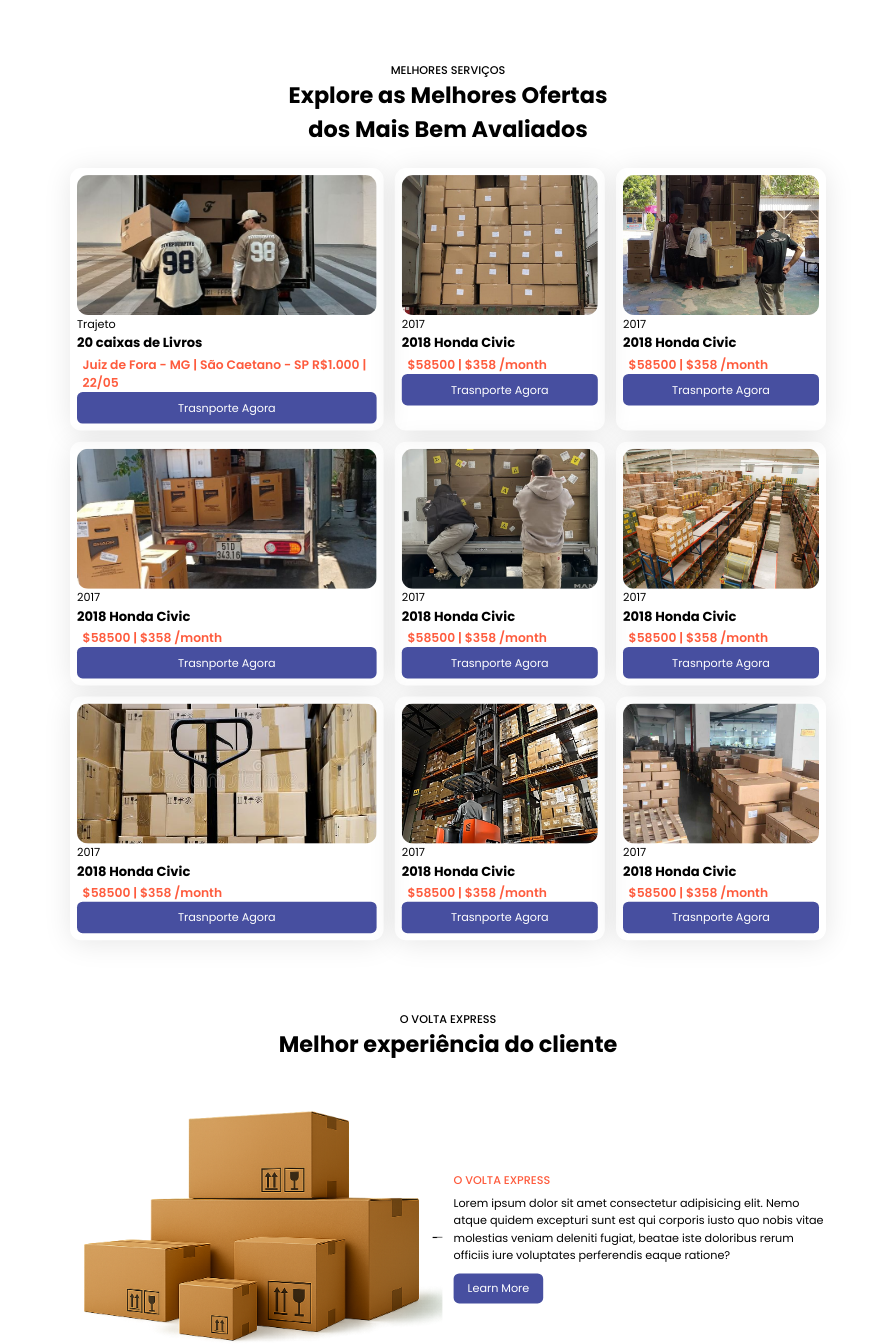
Repository: douglasabnovato/transportation
Page: index.html
These files come from the project's save history. The page is drawn as it stood at one moment and after the next save; the edit follows.
The browser window is 1280 px wide. The pictures show the part of the page from y = 1143 to 3063 px (the page is 3958 px tall before and 3991 px after), at 70% of full size.

Above is the page before, as saved 2025-05-19 01:21:03.

### index.html
<!DOCTYPE html>
<html lang="en">
  <head>
    <meta charset="UTF-8" />
    <meta name="viewport" content="width=device-width, initial-scale=1.0" />
    <title>Transportation</title>
    <link
      rel="stylesheet"
      href="https://cdn.jsdelivr.net/npm/boxicons@latest/css/boxicons.min.css"
    />
    <link rel="stylesheet" href="./style.css" />
  </head>
  <body>
    <!-- Header -->
    <header>
      <a href="#" class="logo"
        ><img
          src="./assets/images-t/transportar-caixas/caixas.png"
          alt="logo da car rental"
          srcset=""
      /></a>
      <div class="bx bx-menu" id="menu-icon"></div>
      <ul class="navbar">
        <li><a href="#home">Home</a></li>
        <li><a href="#ride">Transportar </a></li>
        <li><a href="#services">Serviços</a></li>
        <li><a href="#about">O Volta Express</a></li>
        <li><a href="#reviews">Vantagens</a></li>
      </ul>
      <div class="header-btn">
        <a href="#" class="sign-up">Sign Up</a>
        <a href="#" class="sign-in">Sign In</a>
      </div>
    </header>

    <!-- Home -->
    <section class="home" id="home">
      <div class="text">
        <h1>
          <span>Procurando</span> mercadorias <br />
          para transportar
        </h1>
        <p>
          Lorem ipsum dolor sit amet consectetur adi <br />
          pisicing elit. Explicabo esse non fugiat!
        </p>
        <div class="app-stores">
          <img src="./assets/ios.png" alt="" />
          <img src="./assets/play.png" alt="" />
        </div>
      </div>
      <div class="form-container">
        <form action="">
          <div class="input-box">
            <span>Location</span>
            <input type="search" name="" id="" placeholder="Search Places" />
          </div>
          <div class="input-box">
            <span>Pick-Up Date</span>
            <input type="date" name="" id="" />
          </div>
          <div class="input-box">
            <span>Return Date</span>
            <input type="date" name="" id="" />
          </div>
          <input type="submit" name="" id="" class="btn" />
        </form>
      </div>
    </section>

    <!-- Ride -->
    <section class="ride" id="ride">
      <div class="heading">
        <span>Como funciona</span>
        <h1>Transporte em 3 etapas fáceis</h1>
      </div>
      <div class="ride-container">
        <div class="box">
          <i class="bx bxs-map"></i>
          <h2>Escolha um local</h2>
          <p>
            Lorem ipsum dolor sit, amet consectetur adipisicing elit.
            Perspiciatis, impedit? Saepe quo quam numquam maxime?
          </p>
        </div>
        <div class="box">
          <i class="bx bxs-calendar-check"></i>
          <h2>Data de retirada</h2>
          <p>
            Lorem ipsum dolor sit, amet consectetur adipisicing elit.
            Perspiciatis, impedit? Saepe quo quam numquam maxime?
          </p>
        </div>
        <div class="box">
          <i class="bx bxs-calendar-star"></i>
          <h2>Reserve um espaço</h2>
          <p>
            Lorem ipsum dolor sit, amet consectetur adipisicing elit.
            Perspiciatis, impedit? Saepe quo quam numquam maxime?
          </p>
        </div>
      </div>
    </section>

    <!-- Services -->
    <section class="services" id="services">
      <div class="heading">
        <span>Melhores Serviços</span>
        <h1>
          Explore as Melhores Ofertas <br />
          dos Mais Bem Avaliados
        </h1>
      </div>
      <div class="services-container">
        <div class="box">
          <div class="box-img">
            <img
              src="./assets/images-t/transportar-caixas/caminhao-caixas-1.jpg"
              alt="car1"
            />
          </div>
          <p>Trajeto</p>
          <h3>20 caixas de Livros</h3>
          <h2>
            Juiz de Fora - MG | São Caetano - SP
            <span> R$1.000</span>
            <span> | 22/05</span>
          </h2>
          <a href="#" class="btn">Trasnporte Agora</a>
        </div>

        <div class="box">
          <div class="box-img">
            <img
              src="./assets/images-t/transportar-caixas/caminhao-caixas-2.jpg"
              alt="car1"
            />
          </div>
          <p>2017</p>
          <h3>2018 Honda Civic</h3>
          <h2>$58500 | $358 <span> /month</span></h2>
          <a href="#" class="btn">Trasnporte Agora</a>
        </div>

        <div class="box">
          <div class="box-img">
            <img
              src="./assets/images-t/transportar-caixas/caminhao-caixas-3.jpg"
              alt="car1"
            />
          </div>
          <p>2017</p>
          <h3>2018 Honda Civic</h3>
          <h2>$58500 | $358 <span> /month</span></h2>
          <a href="#" class="btn">Trasnporte Agora</a>
        </div>

        <div class="box">
          <div class="box-img">
            <img
              src="./assets/images-t/transportar-caixas/caminhao-caixas-4.jpg"
              alt="car1"
            />
          </div>
          <p>2017</p>
          <h3>2018 Honda Civic</h3>
          <h2>$58500 | $358 <span> /month</span></h2>
          <a href="#" class="btn">Trasnporte Agora</a>
        </div>

        <div class="box">
          <div class="box-img">
            <img
              src="./assets/images-t/transportar-caixas/caminhao-caixas-5.jpg"
              alt="car1"
            />
          </div>
          <p>2017</p>
          <h3>2018 Honda Civic</h3>
          <h2>$58500 | $358 <span> /month</span></h2>
          <a href="#" class="btn">Trasnporte Agora</a>
        </div>

        <div class="box">
          <div class="box-img">
            <img
              src="./assets/images-t/transportar-caixas/deposito-1.jpg"
              alt="car1"
            />
          </div>
          <p>2017</p>
          <h3>2018 Honda Civic</h3>
          <h2>$58500 | $358 <span> /month</span></h2>
          <a href="#" class="btn">Trasnporte Agora</a>
        </div>

        <div class="box">
          <div class="box-img">
            <img
              src="./assets/images-t/transportar-caixas/deposito-2.jpg"
              alt="car1"
            />
          </div>
          <p>2017</p>
          <h3>2018 Honda Civic</h3>
          <h2>$58500 | $358 <span> /month</span></h2>
          <a href="#" class="btn">Trasnporte Agora</a>
        </div>

        <div class="box">
          <div class="box-img">
            <img
              src="./assets/images-t/transportar-caixas/deposito-3.jpg"
              alt="car1"
            />
          </div>
          <p>2017</p>
          <h3>2018 Honda Civic</h3>
          <h2>$58500 | $358 <span> /month</span></h2>
          <a href="#" class="btn">Trasnporte Agora</a>
        </div>

        <div class="box">
          <div class="box-img">
            <img
              src="./assets/images-t/transportar-caixas/deposito-4.jpg"
              alt="car1"
            />
          </div>
          <p>2017</p>
          <h3>2018 Honda Civic</h3>
          <h2>$58500 | $358 <span> /month</span></h2>
          <a href="#" class="btn">Trasnporte Agora</a>
        </div>
      </div>
    </section>

    <!-- About -->
    <section class="about" id="about">
      <div class="heading">
        <span>O VOLTA EXPRESS</span>
        <h1>Melhor experiência do cliente</h1>
      </div>
      <div class="about-container">
        <div class="about-img">
          <img src="./assets/images-t/transportar-caixas/caixas.png" alt="" />
        </div>
        <div class="about-text">
          <span>O VOLTA EXPRESS</span>
          <p>
            Lorem ipsum dolor sit amet consectetur adipisicing elit. Nemo atque
            quidem excepturi sunt est qui corporis iusto quo nobis vitae
            molestias veniam deleniti fugiat, beatae iste doloribus rerum
            officiis iure voluptates perferendis eaque ratione?
          </p>
          <a href="#" class="btn">Learn More</a>
        </div>
      </div>
    </section>

    <!-- Reviews -->
    <section class="reviews" id="reviews">
      <div class="heading">
        <span>Vantagens</span>
        <h1>A opção onde e quando precisar</h1>
      </div>
      <div class="reviews-container">
        <div class="box">
          <div class="rev-img">
            <img
              src="./assets/images-t/caminhoneiro/caminhoneiro-1.png"
              alt=""
            />
          </div>
          <h2>A carga mais perto de você</h2>
          <div class="stars">
            <i class="bx bxs-star"></i>
            <i class="bx bxs-star"></i>
            <i class="bx bxs-star"></i>
            <i class="bx bxs-star"></i>
            <i class="bx bxs-star-half"></i>
          </div>
          <p>
            Lorem ipsum dolor sit amet consectetur adipisicing elit. Explicabo
            qui similique laborum hic molestiae. Quaerat ipsa cum sit.
          </p>
        </div>
        <div class="box">
          <div class="rev-img">
            <img
              src="./assets/images-t/caminhoneiro/caminhoneiro-2.png"
              alt=""
            />
          </div>
          <h2>Informações para o seu planejamento</h2>
          <div class="stars">
            <i class="bx bxs-star"></i>
            <i class="bx bxs-star"></i>
            <i class="bx bxs-star"></i>
            <i class="bx bxs-star"></i>
            <i class="bx bxs-star-half"></i>
          </div>
          <p>
            Lorem ipsum dolor sit amet consectetur adipisicing elit. Explicabo
            qui similique laborum hic molestiae. Quaerat ipsa cum sit.
          </p>
        </div>
        <div class="box">
          <div class="rev-img">
            <img
              src="./assets/images-t/caminhoneiro/caminhoneiro-1.png"
              alt=""
            />
          </div>
          <h2>Sempre tem o que transportar</h2>
          <div class="stars">
            <i class="bx bxs-star"></i>
            <i class="bx bxs-star"></i>
            <i class="bx bxs-star"></i>
            <i class="bx bxs-star"></i>
            <i class="bx bxs-star-half"></i>
          </div>
          <p>
            Lorem ipsum dolor sit amet consectetur adipisicing elit. Explicabo
            qui similique laborum hic molestiae. Quaerat ipsa cum sit.
          </p>
        </div>
      </div>
    </section>

    <!-- Newsletter -->
    <section class="newsletter">
      <h2>Subscribe To Newsletter</h2>
      <div class="box">
        <input type="text" placeholder="Enter Your E-mail ..." />
        <a href="#" class="btn">Subscribe</a>
      </div>
    </section>

    <!-- Copyright -->
    <div class="copyright">
      <p>&#169; @douglasabnovato All Right Reserved</p>
      <div class="social">
        <a href="#"><i class="bx bxl-facebook"></i></a>
        <a href="#"><i class="bx bxl-twitter"></i></a>
        <a href="#"><i class="bx bxl-instagram"></i></a>
      </div>
    </div>

    <!-- scrollreveal -->
    <script src="https://unpkg.com/scrollreveal"></script>

    <!-- Link to JS -->
    <script src="./script.js"></script>
  </body>
</html>

### style.css
@import url("https://fonts.googleapis.com/css2?family=Noto+Sans:ital,wght@0,100..900;1,100..900&family=Poppins:ital,wght@0,100;0,200;0,300;0,400;0,500;0,600;0,700;0,800;0,900;1,100;1,200;1,300;1,400;1,500;1,600;1,700;1,800;1,900&display=swap");

* {
  margin: 0;
  padding: 0;
  box-sizing: border-box;
  scroll-padding-top: 2rem;
  scroll-behavior: smooth;
  list-style: none;
  text-decoration: none;
  font-family: "Poppins", sans-serif;
}

:root {
  --main-color: #fe5b3d;
  --second-color: #ffac38;
  --text-color: #444;
  --gradient: linear-gradient(#fe5b3d, #ffac38);
}

html::-webkit-scrollbar {
  width: 0.5rem;
}

html::-webkit-scrollbar-track {
  background: transparent;
}

html::-webkit-scrollbar-thumb {
  background: var(--main-color);
  border-radius: 5rem;
}

section {
  padding: 50px 100px;
}

/* Header */

header {
  position: fixed;
  width: 100%;
  top: 0;
  right: 0;
  z-index: 1000;
  display: flex;
  align-items: center;
  justify-content: space-between;
  background: #eeeff1;
  padding: 15px 100px;
}

.logo img {
  width: 48px;
}

.navbar {
  display: flex;
}

.navbar li {
  position: relative;
}

.navbar a {
  font-size: 1rem;
  padding: 10px 20px;
  color: var(--text-color);
  font-weight: 500;
}

.navbar a:after {
  content: "";
  width: 0;
  height: 3px;
  background: var(--gradient);
  position: absolute;
  bottom: -4px;
  left: 0;
  transition: 0.5s;
}

.navbar a:hover::after {
  width: 100%;
}

#menu-icon {
  font-size: 24px;
  cursor: pointer;
  z-index: 10001;
  display: none;
}

.header-btn a {
  padding: 10px 20px;
  color: var(--text-color);
  font-weight: 500;
}

.header-btn .sign-in {
  background: #474fa0;
  color: #fff;
  border-radius: 0.5rem;
}

.header-btn .sign-in:hover {
  background: var(--main-color);
}

/* Home */
.home {
  width: 100%;
  min-height: 100vh;
  position: relative;
  background: url(./assets/images-t/transportar-caixas/banner-caixas.png);
  background-repeat: no-repeat;
  background-position: center right;
  background-size: cover;
  display: grid;
  align-items: center;
  grid-template-columns: repeat(2, 1fr);
}

.text h1 {
  font-size: 3.5rem;
  letter-spacing: 2px;
}

.text span {
  color: var(--main-color);
}

.text p {
  margin: 0.5rem 0 1rem;
}

.app-stores {
  display: flex;
}

.app-stores img {
  width: 100px;
  margin-right: 1rem;
  cursor: pointer;
}

.form-container form {
  display: flex;
  flex-wrap: wrap;
  align-items: center;
  gap: 1rem;
  position: absolute;
  bottom: 4rem;
  left: 100px;
  background: #fff;
  padding: 20px;
  border-radius: 0.5rem;
}

.input-box {
  flex: 1 1 7rem;
  display: flex;
  flex-direction: column;
}

.input-box span {
  font-weight: 500;
}

.input-box input {
  padding: 7px;
  outline: none;
  border: none;
  background: #eeeff1;
  border-radius: 0.5rem;
  font-size: 1rem;
}

.form-container form .btn {
  flex: 1 1 7rem;
  padding: 10px 34px;
  border: none;
  border-radius: 0.5rem;
  background: #474fa0;
  color: #fff;
  font-size: 1rem;
  font-weight: 500;
}

.form-container form .btn:hover {
  background: var(--main-color);
  cursor: pointer;
}

/* Ride */
.heading {
  text-align: center;
}

.heading span {
  font-weight: 500;
  text-transform: uppercase;
}

.heading h1 {
  font-size: 2rem;
}

.ride-container {
  display: grid;
  align-items: center;
  grid-template-columns: repeat(auto-fit, minmax(250px, auto));
  gap: 1rem;
  margin-top: 2rem;
}

.ride-container .box {
  text-align: center;
  padding: 20px;
}

.ride-container .box .bx {
  font-size: 34px;
  padding: 10px;
  background: #eeeff1;
  border-radius: 0.5rem;
  color: var(--main-color);
}

.ride-container .box h2 {
  font-size: 1.3rem;
  font-weight: 500;
  margin: 1.4rem 0 0.5rem;
}

.ride-container .box .bx:hover,
.ride-container .box .bx .bxs-calendar-star {
  background: var(--gradient);
  color: #fff;
}

/* Services */
.services-container {
  display: grid;
  grid-template-columns: repeat(auto-fit, minmax(300px, auto));
  gap: 1rem;
  margin-top: 2rem;
}

.services-container .box {
  padding: 10px;
  border-radius: 1rem;
  box-shadow: 1px 4px 41px rgba(0, 0, 0, 0.1);
}

.services-container .box .box-img {
  width: 100%;
  height: 200px;
}

.services-container .box .box-img img {
  width: 100%;
  height: 100%;
  border-radius: 1rem;
  object-fit: cover;
  object-position: center;
}

.services-container .box p.infos {
  padding: 0 10px;
  border: 1px solid var(--text-color);
  width: 78px;
  border-radius: 0.5rem;
  margin: 1rem 0 1rem;
}

.services-container .box h2 {
  font-size: 1.1rem;
  font-weight: 600;
  color: var(--main-color);
  margin: 0.2rem 0 0 0.5rem;
}

.services-container .box p span {
  font-size: 0.8rem;
  font-weight: 500;
  color: var(--text-color);
}

.services-container .box .btn {
  display: flex;
  justify-content: center;
  background: #474fa0;
  color: #fff;
  padding: 10px;
  border-radius: 0.5rem;
}

.services-container .box .btn:hover {
  background: var(--main-color);
}

/* About */
.about-container {
  display: grid;
  grid-template-columns: repeat(2, 1fr);
  margin-top: 2rem;
  align-items: center;
  gap: 1rem;
}

.about-img img {
  width: 100%;
}

.about-text span {
  font-weight: 500;
  color: var(--main-color);
  text-transform: uppercase;
}

.about-text p {
  margin: 0.5rem 0 1.4rem;
}

.about-text .btn {
  padding: 10px 20px;
  background: #474fa0;
  color: #fff;
  border-radius: 0.5rem;
}

.about-text .btn:hover {
  background: var(--main-color);
}

/* Review */
.reviews-container {
  display: grid;
  grid-template-columns: repeat(auto-fit, minmax(250px, auto));
  gap: 1rem;
  margin-top: 2rem;
}

.rev-img {
  width: 70px;
  height: 70px;
}

.rev-img img {
  width: 100%;
  height: 100%;
  border-radius: 50%;
  object-fit: cover;
  object-position: center;
  border: 2px solid var(--second-color);
}

.reviews-container .box {
  display: flex;
  flex-direction: column;
  align-items: center;
  text-align: center;
  padding: 20px;
  box-shadow: 1px 4px 41px rgba(0, 0, 0, 0.1);
  border-radius: 0.5rem;
}

.reviews-container .box h2 {
  font-size: 1.1rem;
  font-weight: 600;
  margin: 0.5rem 0 0.5rem;
}

.reviews-container .box p {
  font-style: italic;
}

.reviews-container .box .stars .bx {
  color: var(--main-color);
}

/* Newsletter */
.newsletter {
  background: linear-gradient(to top right, #fe5b3d, #ffac38);
  display: flex;
  flex-direction: column;
  align-items: center;
}

.newsletter h2 {
  color: #fff;
  font-size: 1.8rem;
}

.newsletter .box {
  margin-top: 1rem;
  background: #fff;
  border-radius: 0.5rem;
  padding: 4px 8px;
  width: 350px;
  display: flex;
  justify-content: space-between;
}

.newsletter .box input {
  border: none;
  outline: none;
}

.newsletter .box .btn {
  background: #474fa0;
  color: #fff;
  padding: 8px 20px;
  border-radius: 0.5rem;
}

/* Copyright */
.copyright {
  padding: 20px;
  display: flex;
  justify-content: space-between;
  align-items: center;
}

.social a {
  color: #444;
  padding: 10px;
  font-size: 21px;
  transition: font-size 2s;
}

.social a:hover {
  font-size: 24px;
  color: #fe5b3d;
}

/* Responsive */

@media screen and (max-width: 991px) {
  header {
    padding: 18px 40px;
  }
  section {
    padding: 80px 40px;
  }
}

@media screen and (max-width: 891px) {
  .home {
    background-position: left;
  }
  .form-container form {
    bottom: 0.2rem;
    left: 40px;
  }
}

@media screen and (max-width: 768px) {
  header {
    padding: 11px 40px;
  }

  #menu-icon {
    display: initial;
  }

  .sign-up {
    display: none;
  }

  .text h2 {
    font-size: 2.5rem;
  }

  .home {
    grid-template-columns: 1fr;
  }

  .form-container form {
    position: unset;
  }

  header .navbar {
    position: absolute;
    top: -500px;
    left: 0;
    right: 0;
    display: flex;
    flex-direction: column;
    background: #fff;
    box-shadow: 0 4px 4px rgba(0, 0, 0, 0.1);
    transition: 0.2 ease;
    text-align: left;
  }

  .navbar.active {
    top: 100%;
  }

  .navbar a {
    padding: 1rem;
    border-left: 2px solid var(--main-color);
    margin: 1rem;
    display: block;
  }

  .navbar a:hover {
    color: #fff;
    background: var(--main-color);
    border: none;
  }

  .navbar a::after {
    display: none;
  }

  .heading span {
    font-size: 0.9rem;
    font-weight: 600;
  }

  .heading h1 {
    font-size: 1.3rem;
  }

  .about-container {
    grid-template-columns: 1fr;
    text-align: center;
  }

  .about-img {
    padding: 1rem;
    order: 2;
  }
}

@media screen and (max-width: 568px) {
  .copyright {
    flex-direction: column;
  }

  .newsletter .box {
    width: 284px;
  }

  .form-container {
    padding-top: 2rem;
  }
}

@media screen and (max-width: 350px) {
  header {
    padding: 6px 14px;
  }

  .logo img {
    width: 30px;
  }

  section {
    padding: 50px 14px;
  }

  .header-btn .sign-in {
    padding: 7px 10px;
    font-size: 14px;
    font-weight: 400;
  }

  .text h1 {
    font-size: 2rem;
  }

  .services-container {
    grid-template-columns: repeat(auto-fit, minmax(254px, auto));
  }
}

### script.js
/**
 * Menu Header responsive
 */
let menu = document.querySelector("#menu-icon");
let navbar = document.querySelector(".navbar");

menu.onclick = () => {
  menu.classList.toggle("bx-x");
  navbar.classList.toggle("active");
};

window.onscroll = () => {
  menu.classList.remove("bx-x");
  navbar.classList.remove("active");
};
/**
 * Scrollrevel
 */
const sr = ScrollReveal({
  distance: "60px",
  duration: 2500,
  delay: 400,
  reset: true,
});

sr.reveal(".text", { delay: 200, origin: "top" });
sr.reveal(".form-container form", { delay: 800, origin: "left" });
sr.reveal(".heading", { delay: 800, origin: "top" });
sr.reveal(".ride-container .box", { delay: 600, origin: "top" });
sr.reveal(".services-container .box", { delay: 600, origin: "top" });
sr.reveal(".about-container .box", { delay: 600, origin: "top" });
sr.reveal(".reviews-container", { delay: 600, origin: "top" });
sr.reveal(".newsletter .box", { delay: 400, origin: "bottom" });

After the next save:
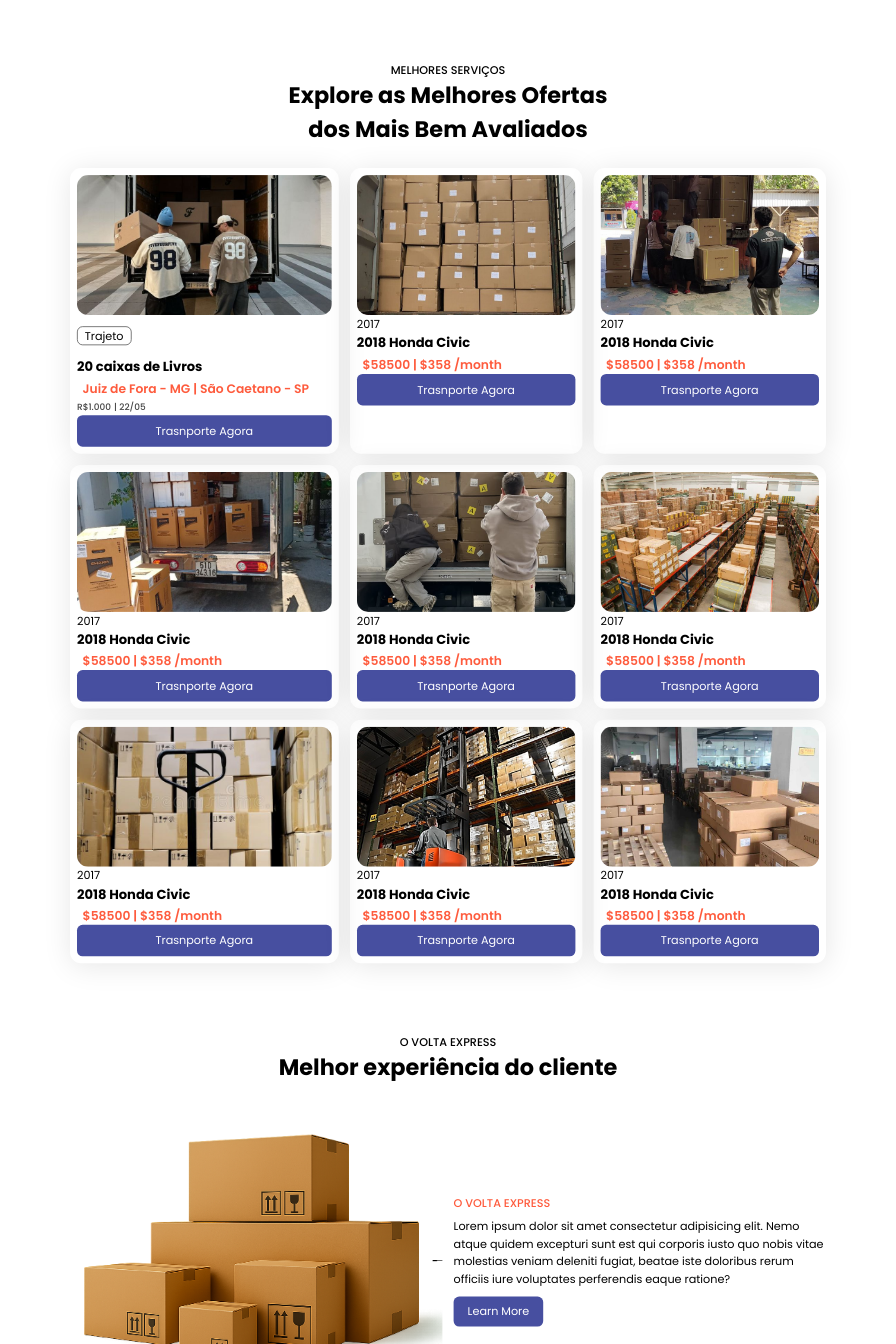
Saved 6 s later.
--- a/index.html
+++ b/index.html
@@ -119,13 +119,14 @@
               alt="car1"
             />
           </div>
-          <p>Trajeto</p>
+          <p class="infos">Trajeto</p>
           <h3>20 caixas de Livros</h3>
-          <h2>
-            Juiz de Fora - MG | São Caetano - SP
+          <h2>Juiz de Fora - MG | São Caetano - SP</h2>
+          <p>
             <span> R$1.000</span>
             <span> | 22/05</span>
-          </h2>
+          </p>
+
           <a href="#" class="btn">Trasnporte Agora</a>
         </div>
 
